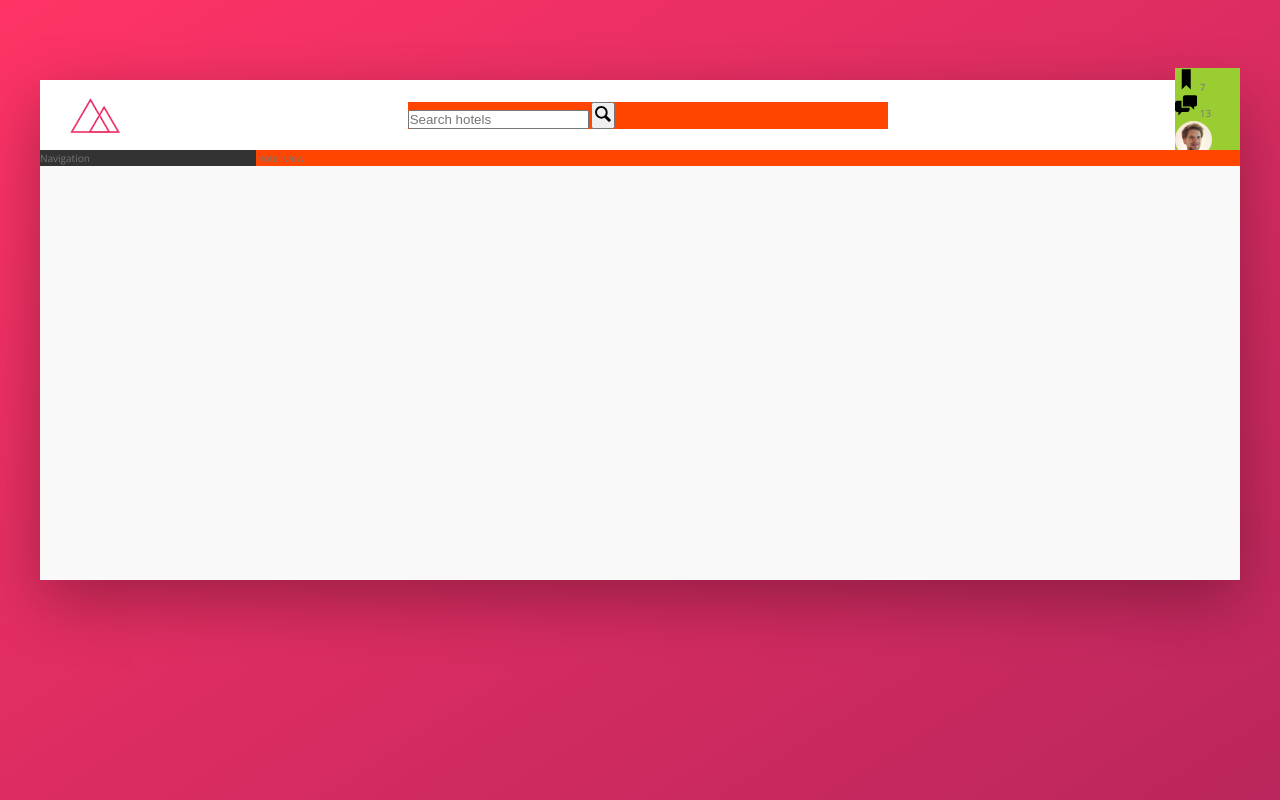
Repository: MalgorzataMazur/Trillo
Page: index.html
The author's editor kept a copy of each file at every save. The page is drawn from the files as they stood at one save, then again after the next save.
The browser window is 1280 px wide. The pictures show the whole page.
The style sheet was rebuilt from its Sass, Less or Tailwind sources for each picture, by a compiler version that may differ from the author's.

Above is the page before, as saved 2020-03-26 11:42:40.

### index.html
<!DOCTYPE html>
<html lang="en">
    <head>
        <meta charset="UTF-8">
        <meta name="viewport" content="width=device-width, initial-scale=1.0">

        <link href="https://fonts.googleapis.com/css?family=Open+Sans:300,400,600" rel="stylesheet">
        <link rel="stylesheet" href="css/style.css">
        <link rel="shortcut icon" type="image/png" href="img/favicon.png">

        <title>trillo &mdash; Your all-in-one booking app</title>
    </head>
    <body>
        <div class="container">
            <header class="header">
                <img src="img/logo.png" alt="trillo logo" class="logo">

                <form action="#" class="search">
                    <input type="text" class="search__input" placeholder="Search hotels">
                    <button class="search__button">
                        <svg class="search__icon">
                            <use xlink:href="img/sprite.svg#icon-magnifying-glass"></use> <!--include svg -->
                        </svg>
                    </button>
                </form>

                <nav class="user-nav">
                    <div class="user-nav__icon-box">
                        <svg class="user-nav__icon">
                            <use xlink:href="img/sprite.svg#icon-bookmark"></use>
                        </svg>
                        <span class="user-nav__notification">7</span>
                    </div>
                    <div class="user-nav__icon-box">
                        <svg class="user-nav__icon">
                            <use xlink:href="img/sprite.svg#icon-chat"></use>
                        </svg>
                        <span class="user-nav__notification">13</span>
                    </div>
                    <div class="user-nav__user">
                        <img src="img/user.jpg" alt="User photo" class="user-nav__user-photo">
                        <span class="user-nav__user-name">Jonas</span>
                    </div>
                </nav>
            </header>
            <div class="content">
                <nav class="sidebar">
                    Navigation
                </nav>
                <main class="hotel-view">
                    Hotel view
                </main>
            </div>

        </div>
    </body>
</html>

### sass/_base.scss
//variable will be avuialable for entire documents here, global parent of elelemnt
:root { //root pseudoclass the same like ktml but higher specifity //css custom proiperties variables I use here define in declaration bloxk remember
    --color-primary: #eb2f64;
    --color-primary-light: #FF3366;
    --color-primary-dark: #BA265D;

    --color-grey-light-1: #faf9f9;
    --color-grey-light-2: #f4f2f2;
    --color-grey-light-3: #f0eeee;
    --color-grey-light-4: #ccc;

    --color-grey-dark-1: #333;
    --color-grey-dark-2: #777;
    --color-grey-dark-3: #999;

    --shadow-dark: 0 2rem 6rem rgba(0,0,0,.3);

}

* { //first global settings *,htm, body
    margin: 0;
    padding: 0;
}

*,
*::before,
*::after {
    box-sizing: inherit;
}

html {
    box-sizing: border-box;
    font-size: 62.5%; //1rem = 10px, 10px/16px = 62.5%
}

body {
    font-family: 'Open Sans', sans-serif;
    font-weight: 400;
    line-height: 1.6;
    color: var(--color-grey-dark-2);
    background-image: linear-gradient(to right bottom, var(--color-primary-light), var(--color-primary-dark)); //gradient from the left top cornet to right bottom corner
    background-size: cover;
    background-repeat: no-repeat; //default is repeat in css

    min-height: 100vh; //min height but if height can be bigger than that will be simply bigger
}

### sass/_layout.scss
.container {
    max-width: 120rem; //container can decrease if hasn't got enough enough space to display our 120rem,;inaczej 1200px i jesli mniej to zajmie 100% szerokosci portu
    margin: 8rem auto;
    background-color: var(--color-grey-light-1);
    box-shadow: var(--shadow-dark);

    min-height: 50rem;
}

.header {
    height: 7rem;
    background-color: #fff;
    border-bottom: var(--color-grey-light-2);

    display: flex; //cause it is parent element
    justify-content: space-between; // divide empty space between 3 elements
    align-items: center; //wzdłuż osi poprzecznej center
}

.content {
    display: flex;
}

.sidebar {
    background-color: var(--color-grey-dark-1);

    flex: 0 0 18%; //don't want to grow & shrink & we want 18% of width; automatic wil be
}

.hotel-view {
    background-color: #fff;
    background-color: orangered;

    flex: 1; //by using flex 1 element should grow as much as that can; na tyle ile ma przestrzeni
}

### sass/_components.scss
/////////////////////////////////
////LOGO
.logo {
    height: 3.5rem;
    margin-left: 3rem;
}


/////////////////////////////////
////SEARCH
.search {
    background-color:orangered;
    flex: 0 1 40%;;
    &__input {

    }

    &__button {

    }

    &__icon {
        height: 2rem;
        width: 2rem;
}
}

/////////////////////////////////
////USER NAVIGATION
.user-nav {
    background-color: yellowgreen;
    &__icon-box {

    }

    &__icon {
        height: 2.25rem;
        width: 2.25rem;
    }

    &__notification {

    }

    &__user {

    }

    &__user-photo {
        height: 3.75rem;
        border-radius: 50%;

    }

    &__user-name {

    }
}

Loaded but not shown: sass/main.scss (common file)

After the next save:
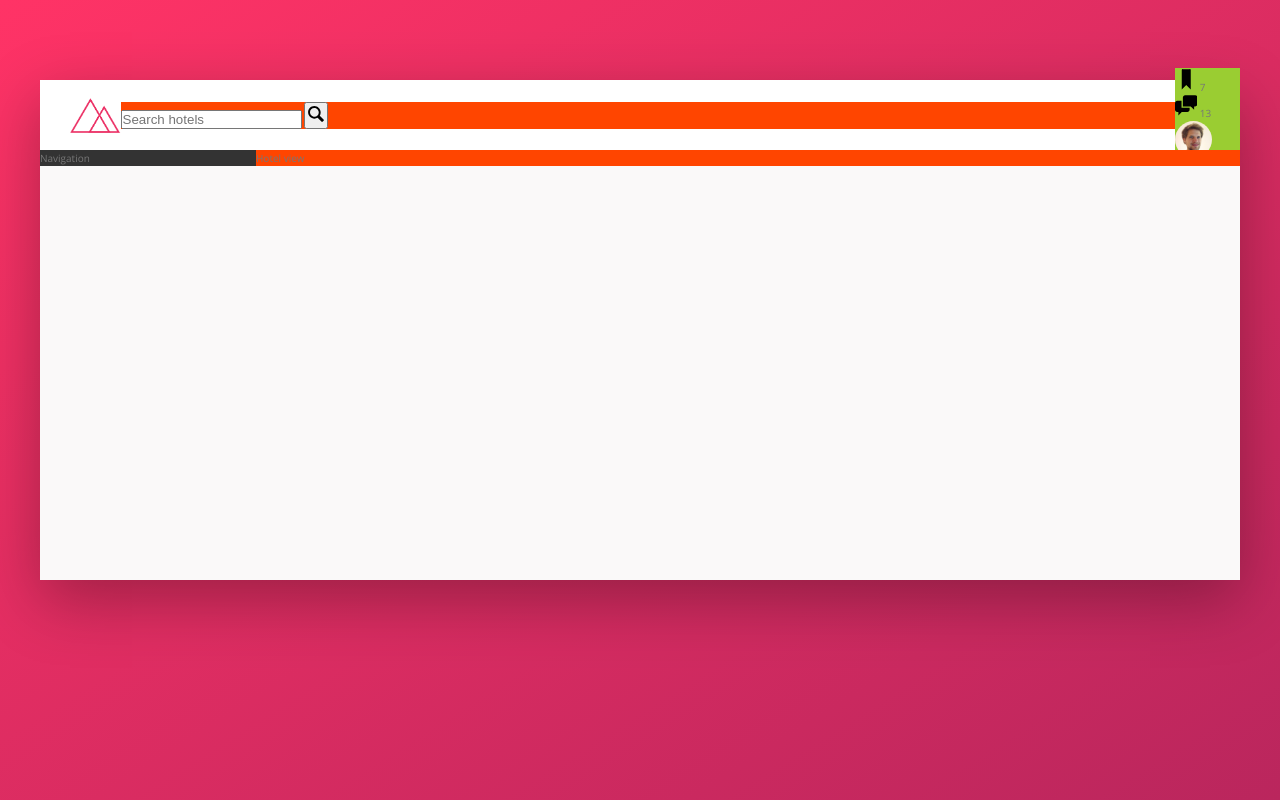
Saved 7 s later.
--- a/sass/_components.scss
+++ b/sass/_components.scss
@@ -10,7 +10,7 @@
 ////SEARCH
 .search {
     background-color:orangered;
-    flex: 0 1 40%;;
+    flex: 1 1 40%;;
     &__input {
 
     }

After the 2 saves that followed:
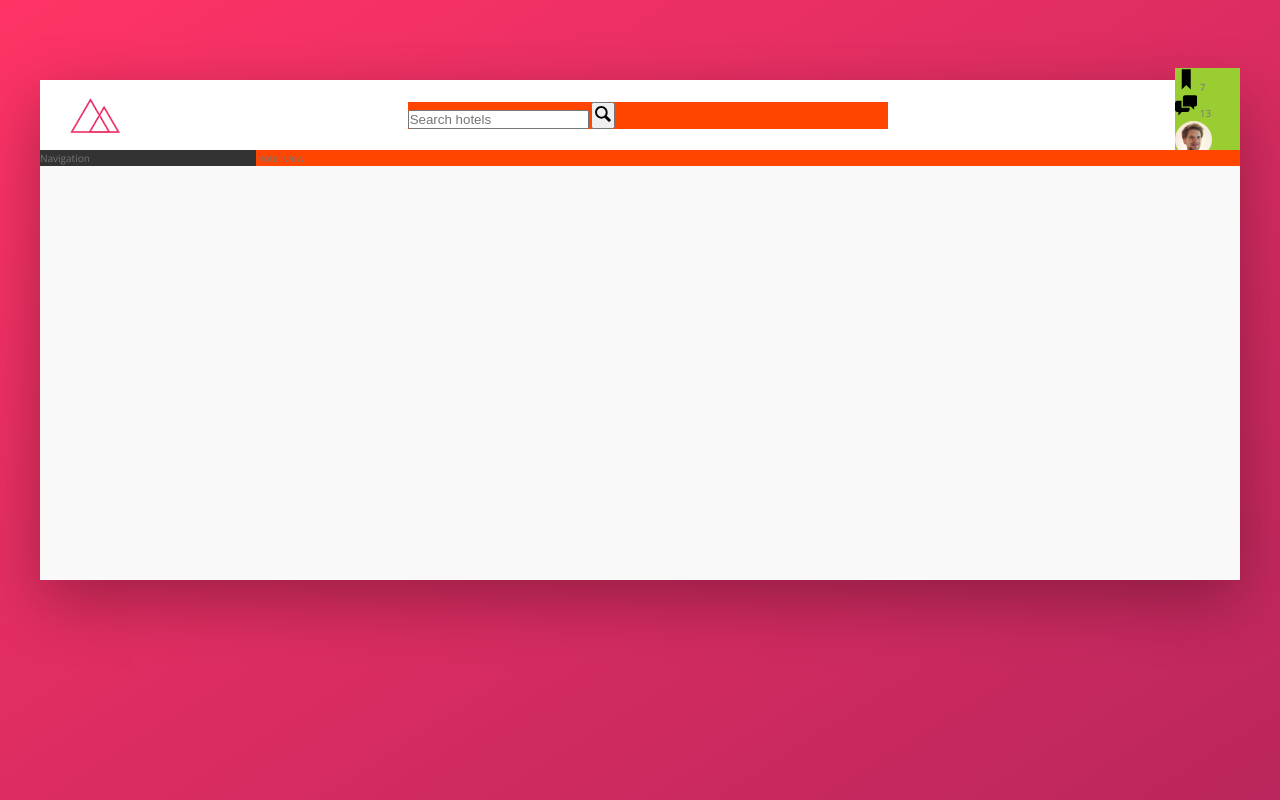
The 2 saves are shown as one change because 1 left the picture as it was.
The last was saved 13 s later.
--- a/sass/_components.scss
+++ b/sass/_components.scss
@@ -10,7 +10,7 @@
 ////SEARCH
 .search {
     background-color:orangered;
-    flex: 1 1 40%;;
+    flex: 0 0 40%;;
     &__input {
 
     }
